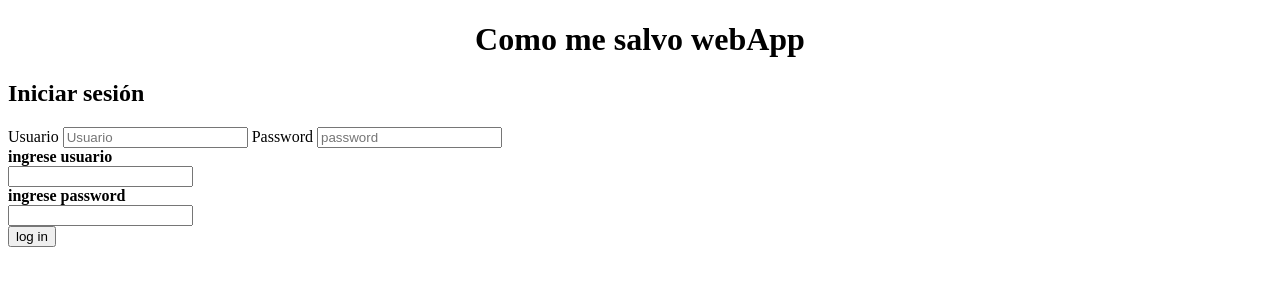
Repository: Kueck/workspace
Page: jbossews/src/main/webapp/index.html
An editor plug-in stored every save of this project. The page is shown before and after the next save, followed by the edit.
The browser window is 1280 px wide. The pictures show the whole page.

Above is the page before, as saved 2016-06-22 14:09:56.

After the next save:
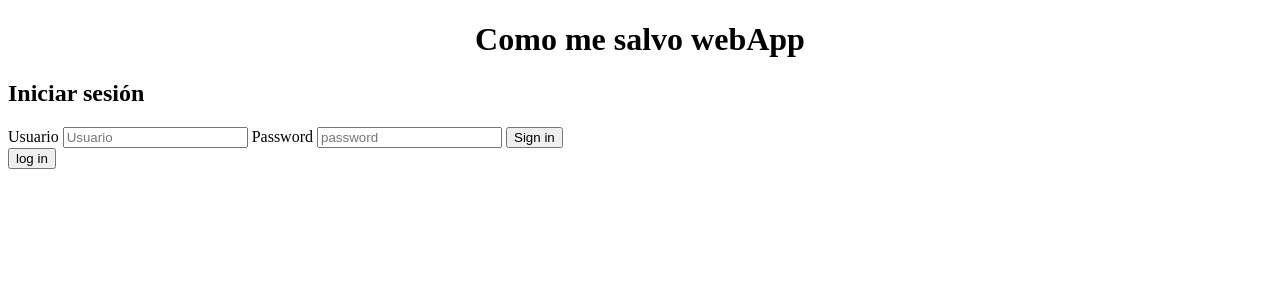
Saved 2 min 11 s later.
--- a/jbossews/src/main/webapp/index.html
+++ b/jbossews/src/main/webapp/index.html
@@ -16,20 +16,15 @@
 
 			<h2 class="form-signin-heading">Iniciar sesión</h2>
 
-			<label for="inputUsuario" class="sr-only">Usuario</label>
-			<input type="text" name="nombre_usuario" id="inputUsuario" class="form-control" placeholder="Usuario">
-			<label for="inputPassword" class="sr-only">Password</label>
-			<input type="password" name="password" id="inputPassword" class="form-control" placeholder="password">
-			<div>
-				<b>ingrese usuario</b> <br> <input type="text"
-					name="nombre_usuario">
-			</div>
+			<label for="inputUsuario" class="sr-only">Usuario</label> <input
+				type="text" name="nombre_usuario" id="inputUsuario"
+				class="form-control" placeholder="Usuario"> <label
+				for="inputPassword" class="sr-only">Password</label> <input
+				type="password" name="password" id="inputPassword"
+				class="form-control" placeholder="password">
 
-			<div>
-				<b>ingrese password</b> <br> <input type="password"
-					name="password">
-			</div>
-
+			<button class="btn btn-lg btn-primary btn-block" type="submit">Sign
+				in</button>
 			<div>
 				<input type="submit" value="log in" id="btn">
 			</div>
